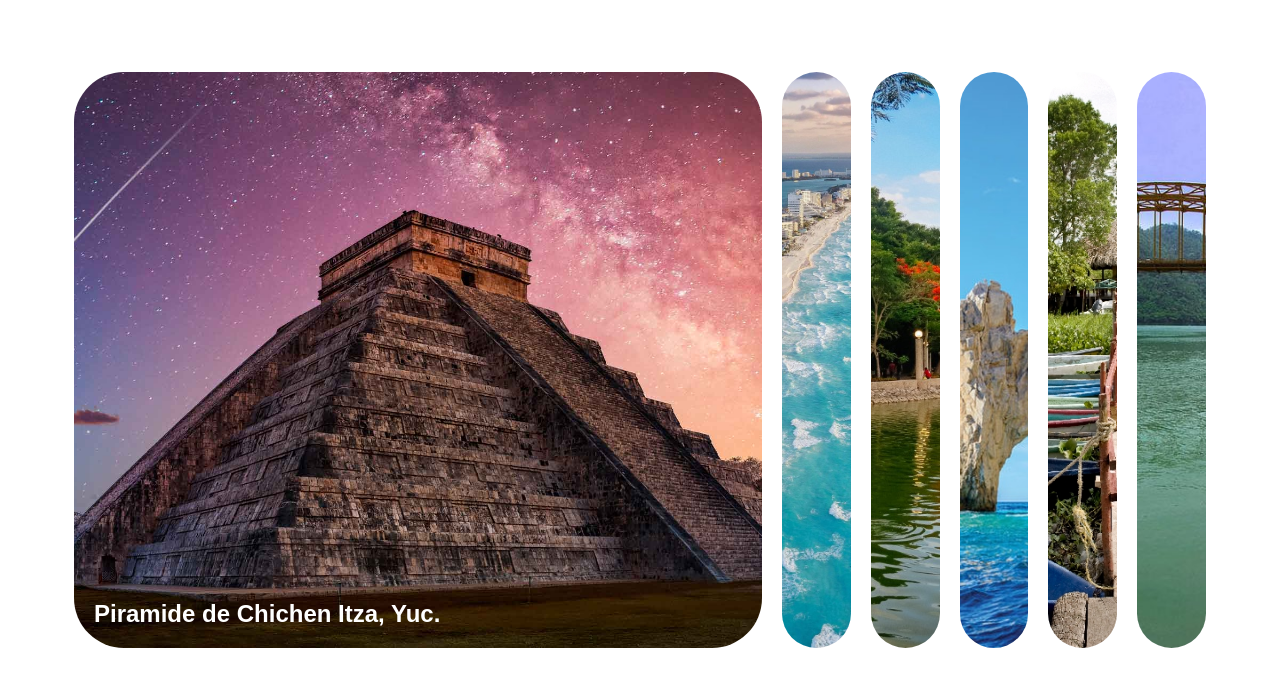
Repository: ElideZavala/Tarjetas-de-Imagenes
Page: index.html
The author's editor kept a copy of each file at every save. The page is drawn from the files as they stood at one save, then again after the next save.
The browser window is 1280 px wide. The page is 1282 px wide, then 1280 px, so the pictures cover 1282 px, including what lies to the right of the window. The pictures show the whole page.
Some web fonts or font styles are not loaded; a fallback is used.

Above is the page before, as saved 2021-05-27 10:46:05.

After the next save:
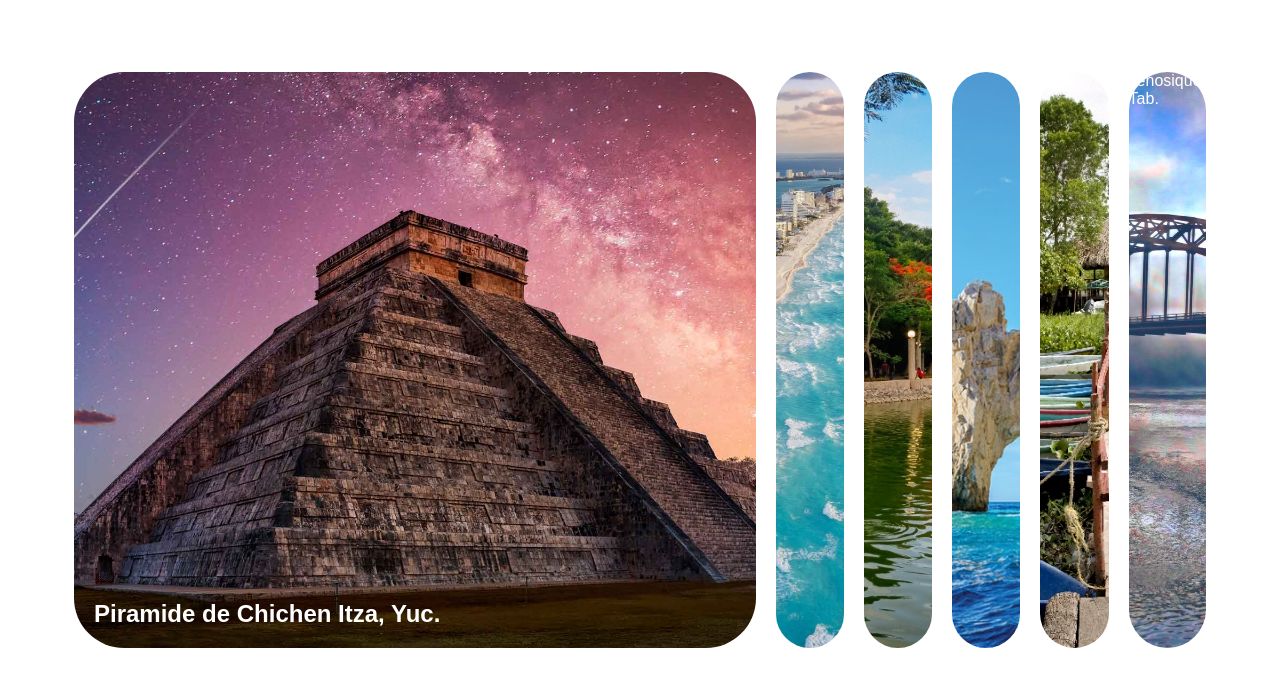
Saved 80 s later.
--- a/index.html
+++ b/index.html
@@ -26,7 +26,7 @@
 		<div class="panel" style="background-image: url(./assets/imagenes/TabascoHome3_960x651.jpg);">
 			<h3>Pantanos de centla, Tab.</h3>
 		</div>
-		<div class="panel" style="background-image: url(./assets/imagenes/750b9860b1989270fb537fbceb1adcf2.jpg);">
+		<div class="panel" style="background-image: url(./assets/imagenes/boca\ del\ cerro.jpg)";
 			<h3>Tenosique, Tab.</h3>
 		</div>
 
